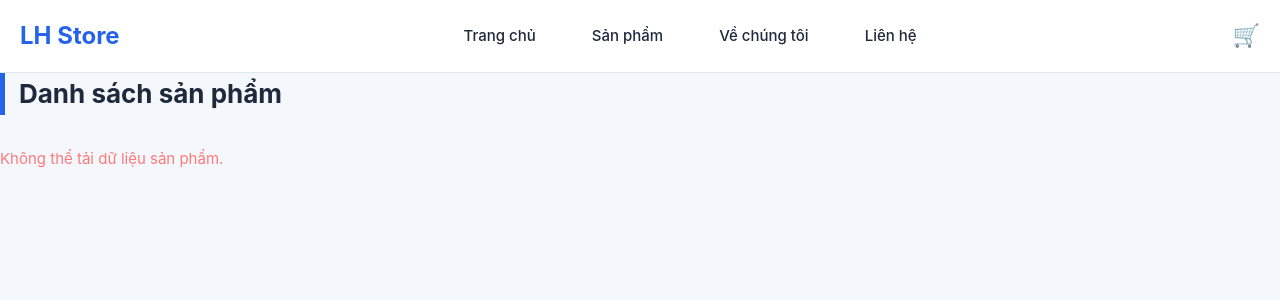
Repository: binhphanbp/WEB2064_JavaScript-Advanced_WD20305
Page: lesson/lesson6/project-cuongle/products.html
An editor plug-in stored every save of this project. The page is shown before and after the next save, followed by the edit.
The browser window is 1280 px wide. The pictures show the whole page.
The page's requests for data from a server got no answer.

Above is the page before, as saved 2025-09-29 15:33:34.

After the next save:
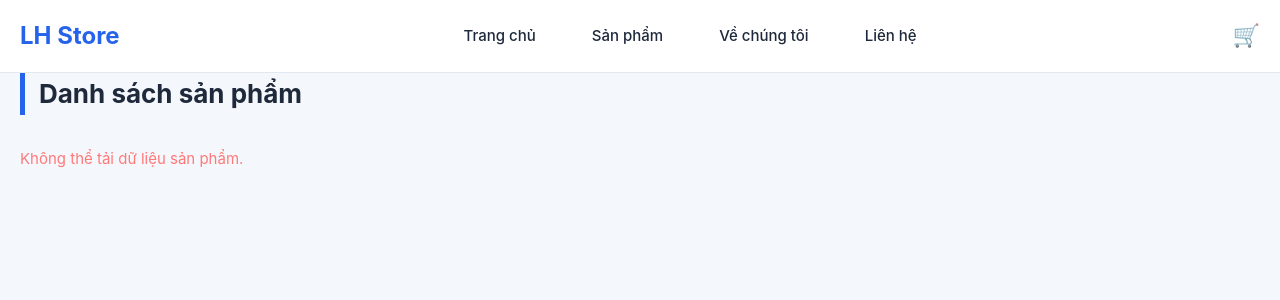
Saved 41 s later.
--- a/lesson/lesson6/project-cuongle/products.html
+++ b/lesson/lesson6/project-cuongle/products.html
@@ -24,8 +24,10 @@
       </div>
     </header>
 
-    <h2 class="section-title">Danh sách sản phẩm</h2>
-    <section id="all-products" class="grid grid-4"></section>
+    <main class="container">
+      <h2 class="section-title">Danh sách sản phẩm</h2>
+      <section id="all-products" class="grid grid-4"></section>
+    </main>
 
     <script src="main.js" type="module"></script>
   </body>
